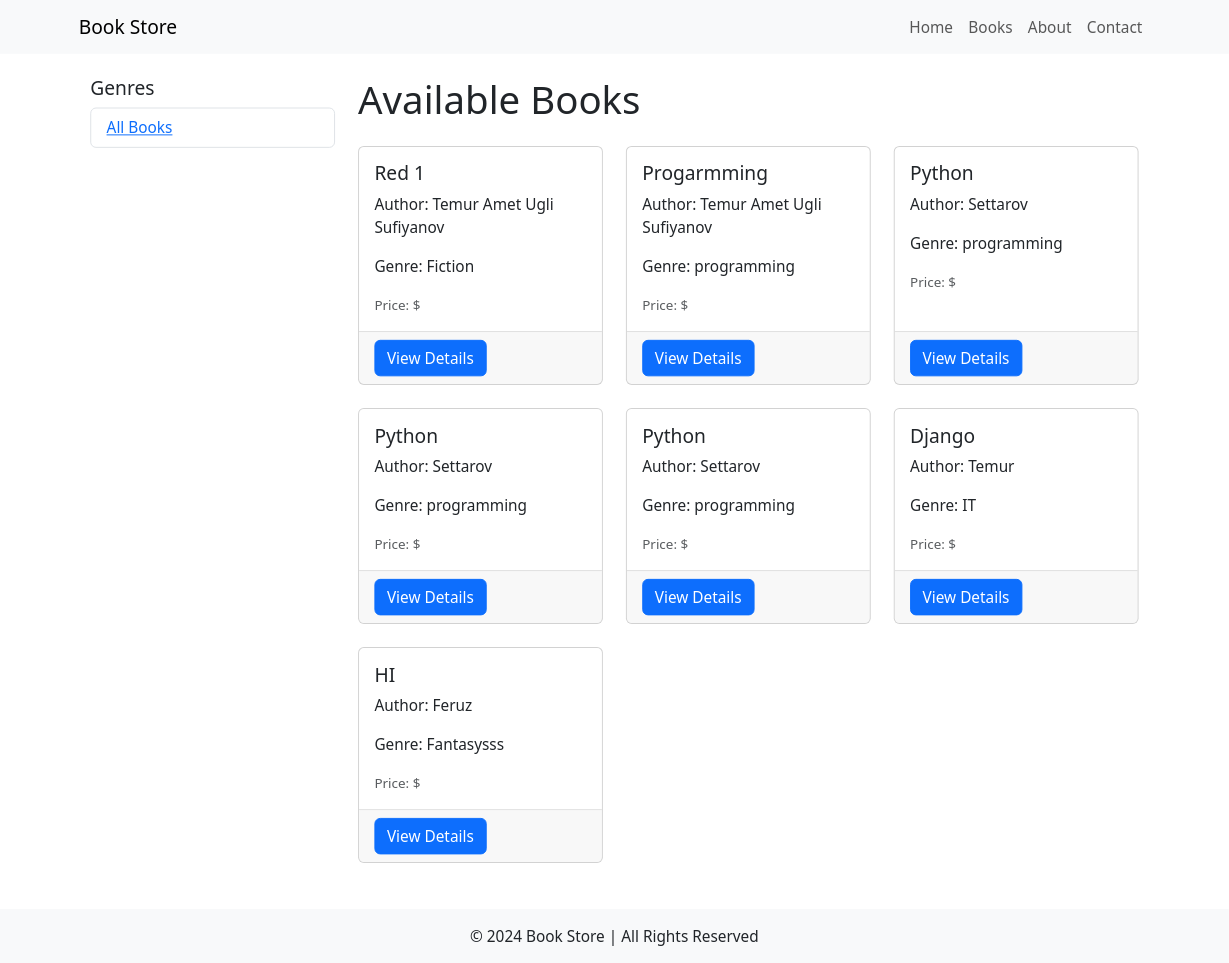
Repository: Temur-Sufiyanov/CBV
Page: http://localhost/
An editor plug-in stored every save of this project. The page is shown before and after the next save, followed by the edit.
The browser window is 1280 px wide. The pictures show the whole page, at 96% of full size.
The page is served by the project's application, run on Django 5.2 (manage.py). Other server files are loaded and not shown. The page reads the database file committed with the project.

Above is the page before, as saved 2024-12-14 12:58:37.

### book/templates/book/home.html
{% extends 'book/base.html' %}

{% block content %}
<div class="container">
    <div class="row">
        <!-- Sidebar for Genres -->
        <div class="col-md-3">
            <h5>Genres</h5>
            <ul class="list-group">
                <li class="list-group-item">
                    <a href="{% url 'home' %}">All Books</a>
                </li>
                {% for genre in genres %}
                <li class="list-group-item">
                    <a href="?genre={{ genre.name }}">{{ genre.name }}</a>
                </li>
                {% endfor %}
            </ul>
        </div>

        <!-- Main Content -->
        <div class="col-md-9">
            <h1 class="mb-4">Available Books</h1>
            <div class="row">
                {% for book in books %}
                <div class="col-md-4 mb-4">
                    <div class="card h-100">
                        <div class="card-body">
                            <h5 class="card-title">{{ book.title }}</h5>
                            <p class="card-text">Author: {{ book.author }}</p>
                            <p class="card-text">Genre: {{ book.genre }}</p>
                            <p class="card-text">
                                <small class="text-muted">Price: ${{ book.price }}</small>
                            </p>
                        </div>
                        <div class="card-footer">
                            <a href="{{ book.slug }}/" class="btn btn-primary">View Details</a>
                        </div>
                    </div>
                </div>
                {% empty %}
                <p>No books found for this genre.</p>
                {% endfor %}
            </div>
        </div>
    </div>
</div>
{% endblock %}

### book/templates/book/base.html
<!DOCTYPE html>
<html lang="en">
<head>
    <meta charset="UTF-8">
    <meta name="viewport" content="width=device-width, initial-scale=1.0">
    <title>Book Store</title>
    <!-- CSS (Bootstrap for styling, you can replace with your own styles) -->
    <link rel="stylesheet" href="https://cdn.jsdelivr.net/npm/bootstrap@5.3.0/dist/css/bootstrap.min.css">
</head>
<body>
    <!-- Navbar -->
    <nav class="navbar navbar-expand-lg navbar-light bg-light">
        <div class="container">
            <a class="navbar-brand" href="/">Book Store</a>
            <button class="navbar-toggler" type="button" data-bs-toggle="collapse" data-bs-target="#navbarNav" aria-controls="navbarNav" aria-expanded="false" aria-label="Toggle navigation">
                <span class="navbar-toggler-icon"></span>
            </button>
            <div class="collapse navbar-collapse" id="navbarNav">
                <ul class="navbar-nav ms-auto">
                    <li class="nav-item">
                        <a class="nav-link" href="/">Home</a>
                    </li>
                    <li class="nav-item">
                        <a class="nav-link" href="/books/">Books</a>
                    </li>
                    <li class="nav-item">
                        <a class="nav-link" href="/about/">About</a>
                    </li>
                    <li class="nav-item">
                        <a class="nav-link" href="/contact/">Contact</a>
                    </li>
                </ul>
            </div>
        </div>
    </nav>

    <!-- Main Content Area -->
    <div class="container mt-4">
        {% block content %}
        <!-- Content will be injected here -->
        {% endblock %}
    </div>

    <!-- Footer -->
    <footer class="bg-light text-center text-lg-start mt-4">
        <div class="text-center p-3">
            © 2024 Book Store | All Rights Reserved
        </div>
    </footer>

    <!-- JS (Bootstrap and other scripts) -->
    <script src="https://cdn.jsdelivr.net/npm/bootstrap@5.3.0/dist/js/bootstrap.bundle.min.js"></script>
</body>
</html>

### book/models.py
from django.db import models

# Create your models here.

class Book(models.Model):
    title = models.CharField(max_length=200)
    author = models.CharField(max_length=150)
    genre = models.CharField(max_length=59)
    slug = models.SlugField(null=True)
    count = models.IntegerField(null=True, default=0)


    def __str__(self):
        return self.title

### book/views.py
from django.shortcuts import render
from django.views.generic.base import TemplateView
from django.views.generic.list import ListView
from django.views.generic.detail import DetailView
from .models import Book
# Create your views here.

# class IndexView(TemplateView):

#     template_name = 'book/home.html'

#     def get_context_data(self, **kwargs):
#         context = super().get_context_data(**kwargs)
#         context['books'] = Book.objects.all()

#         return context

class IndexView(ListView):
    model = Book
    template_name = 'book/home.html'
    context_object_name = 'books'
    # paginate_by = 1
    # queryset = Book.objects.all()[:2]

    # def get_queryset(self):
    #     return Book.objects.all()[:1]

class GengeView(ListView):
    model = Book
    template_name = 'book/home.html'
    context_object_name = 'books'

    def get_queryset(self, *args, **kwargs):
        return Book.objects.filter(genre__icontains = self.kwargs.get('genre'))

class BookDetail(DetailView):

    model = Book
    template_name = 'book/book_detail.html'
    context_object_name = 'book'

### core/urls.py
"""
URL configuration for core project.

The `urlpatterns` list routes URLs to views. For more information please see:
    https://docs.djangoproject.com/en/5.1/topics/http/urls/
Examples:
Function views
    1. Add an import:  from my_app import views
    2. Add a URL to urlpatterns:  path('', views.home, name='home')
Class-based views
    1. Add an import:  from other_app.views import Home
    2. Add a URL to urlpatterns:  path('', Home.as_view(), name='home')
Including another URLconf
    1. Import the include() function: from django.urls import include, path
    2. Add a URL to urlpatterns:  path('blog/', include('blog.urls'))
"""
from django.contrib import admin
from django.urls import path, include

urlpatterns = [
    path('admin/', admin.site.urls),
    # path('', include('cbv.urls')),
    path('',include('book.urls')),
]

### book/urls.py
from django.urls import path
from .views import IndexView, BookDetail, GengeView

urlpatterns = [
    path('', IndexView.as_view(), name='home'),
    path('<slug:slug>/', BookDetail.as_view(), name='book-detail'),
    path('g/<str:genre>', GengeView.as_view(), name='genre'),
]

### db.sqlite3 (the tables this page reads, as SQL)
CREATE TABLE "book_book" ("id" integer NOT NULL PRIMARY KEY AUTOINCREMENT, "title" varchar(200) NOT NULL, "author" varchar(150) NOT NULL, "genre" varchar(59) NOT NULL, "slug" varchar(50) NULL, "count" integer NULL);
INSERT INTO "book_book" VALUES
(1, 'Red 1', 'Temur Amet Ugli Sufiyanov', 'Fiction', 'fiction', 4),
(2, 'Progarmming', 'Temur Amet Ugli Sufiyanov', 'programming', 'progarmming', 7),
(3, 'Python', 'Settarov', 'programming', NULL, 0),
(4, 'Python', 'Settarov', 'programming', NULL, 0),
(5, 'Python', 'Settarov', 'programming', NULL, 0),
(6, 'Django', 'Temur', 'IT', 'django', 0),
(7, 'HI', 'Feruz', 'Fantasysss', 'hi', 0);

After the next save:
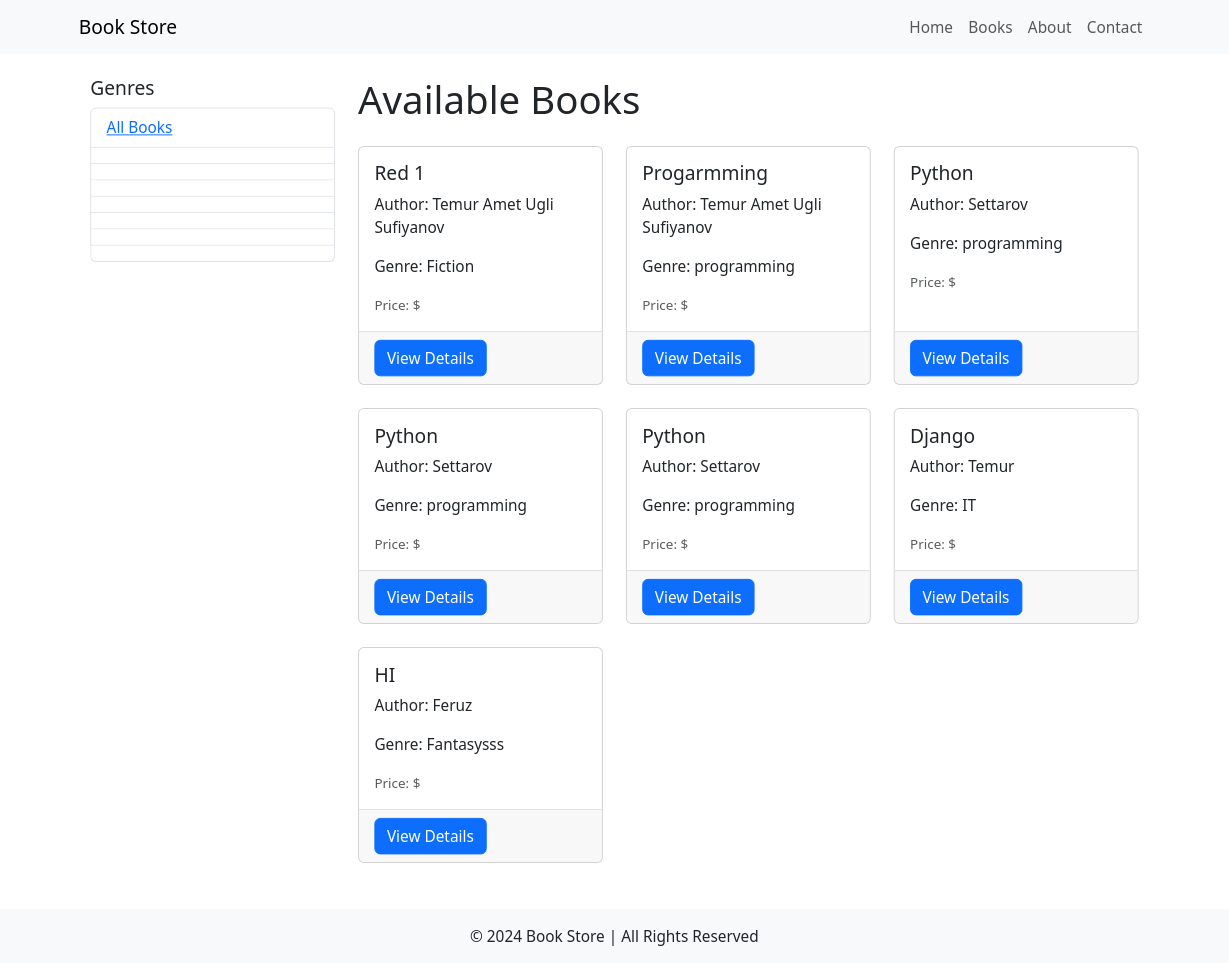
Saved 76 s later.
--- a/book/templates/book/home.html
+++ b/book/templates/book/home.html
@@ -10,7 +10,7 @@
                 <li class="list-group-item">
                     <a href="{% url 'home' %}">All Books</a>
                 </li>
-                {% for genre in genres %}
+                {% for genre in books %}
                 <li class="list-group-item">
                     <a href="?genre={{ genre.name }}">{{ genre.name }}</a>
                 </li>
